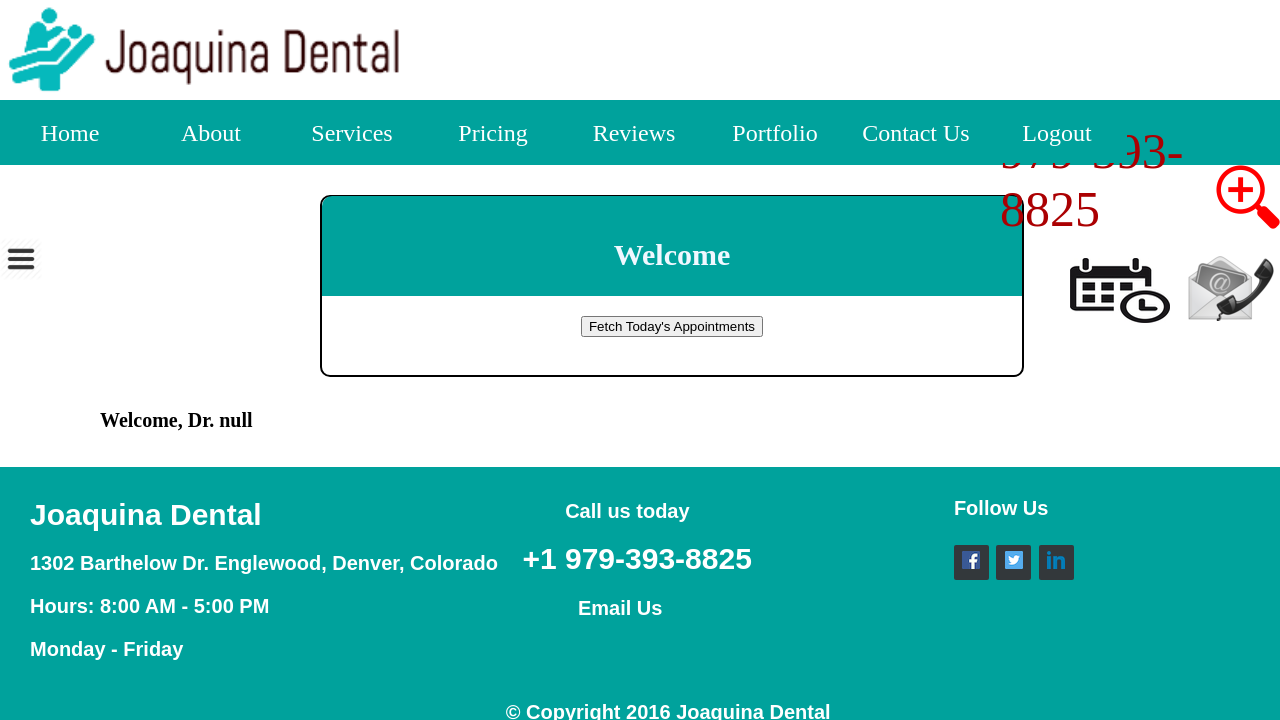
Repository: ManjushaBolishetty/test
Page: http://localhost/test/DentistHomePage.jsp
These files come from the project's save history. The page is drawn as it stood at one moment and after the next save; the edit follows.
The browser window is 1280 px wide. The pictures show the whole page.
The page is served by Tomcat 9. Other server files are loaded and not shown.

Above is the page before, as saved 2016-04-03 17:43:57.

### test/WebContent/DentistHomePage.jsp
<%@include file="header.jsp" %>
<%@ page import="java.io.*,java.util.*" %>
<%@ page import="javax.servlet.*,java.text.*" %>

<!DOCTYPE html>
<html>
<head>
    <meta http-equiv="Content-Type" content="text/html; charset=ISO-8859-1">
	<meta name="viewport" content="width=device-width, initial-scale=1">
<link href="CSS/ResponsiveForm.css" rel="stylesheet" type="text/css" />
<script src="http://code.jquery.com/jquery-latest.js">  </script>
    <title>My Appointments</title>
</head>
<script type="text/javascript">
function fetchAppointment(){
	  $.ajax({
          url : "AppointmentServlet",
          type : "GET",
          data :{},
          dataType : "text",
          success : function(data) {
        	  /*alert('hi');*/
        	  if($('#divAppointmentList').text("")){
        		  $('#divAppointmentList').append(data);
        	  }
          }
});
}

$(document).ready(function(){

	$('a.loginToggle').text("Logout");
	$('#getApt').click(function(){
		fetchAppointment();
	});
});
</script>
<body>
<div id="cover">
<header>
    <h3>Welcome </h3>
</header>

<div class="appointment" align=center>
<form action="AppointmentServlet" method="get">
      <input id="getApt" type="button" value="Fetch Today's Appointments" />
      <div id="divAppointmentList"></div>
 </form>
 </div>
</div>

<div class="Logindate">
 <%
   Date date = new Date();
   out.print("<h4 align=\"left\">" +"Welcome, Dr. " + session.getAttribute("Dentist_Name") + "</h4>\n");
   /*  out.print("<h4 align=\"left\">" + date.toString() + "</h4>");*/
%>
</div>
  <footer class="footer-distributed">
			<div class="footer-left">

				<h3>Joaquina Dental</h3>
				<p>1302 Barthelow Dr.
				Englewood, Denver, Colorado</p>
				<p >Hours: 8:00 AM - 5:00 PM</p>
				<p >Monday - Friday</p>
			</div>

			<div class="footer-center">

				<p class="callusToday">Call us today  </p><br/>
				<br/>
				<h3>+1 979-393-8825</h3><br/>
				<p class="emailUs">Email Us</p>
			</div>

			<div class="footer-right">

				<p>Follow Us</p>

				<div class="footer-icons">

					<a href="#"><i class="fa fa-facebook"></i></a>
					<a href="#"><i class="fa fa-twitter"></i></a>
					<a href="#"><i class="fa fa-linkedin"></i></a>

				</div>

			</div>
<p class="copyright" >&copy; Copyright 2016 Joaquina Dental</p>
		</footer>
</body>
</html>

### test/WebContent/header.jsp
<%@ page language="java" contentType="text/html; charset=UTF-8"
    pageEncoding="UTF-8"%>
<!DOCTYPE html>
<html>
<head>
<meta http-equiv="Content-Type" content="text/html; charset=UTF-8">
<meta name="viewport" content="width=device-width, initial-scale=1">
<link href="CSS/testeverything.css" rel="stylesheet" type="text/css" />
<script src="http://code.jquery.com/jquery-latest.js">  </script>
<script type="text/javascript">

$(document).ready(function(){
	$('a.loginToggle').click(function(){
		if($('a.loginToggle').text()=="Logout"){
			window.location.href = "JD_LoginPage.jsp";
		}
	})
});
</script>

<style>

#zoom img {
    width: 5%;
    position: absolute;
    right: 0;
}
</style>
<title>Insert title here</title>
</head>

<body>
<div id="header">
	<img class="logoimage" src="Images/Drawing (4).png" alt="Joaquina Dental"></img>
	<span class="phonenumber">979-393-8825</span>
	<a href="#" class="scheduleanchor"><img class="Contact" src="Images/Contact_Us.png"></img></a>
	<a href="#" class="scheduleanchor"><img class="Calendar" src="Images/calendar.png"></img></a>
</div>

<div id="navmenu">
	<img class="iconimage" src="Images/collpased_menu.png"></img><label for="show-menu" class="show-menu iconlabel">Menu</label>
	<input type="checkbox" id="show-menu" role="button">

	<ul id="menu">
		  <li><a href="#">Home</a></li>
		  <li><a href="#">About</a></li>
		  <li>
		    	<a href="#">Services</a>
			    <ul class="dropdownContent">
			      <li><a href="#">Extraction</a></li>
			      <li><a href="#">Transplant</a></li>
			      <li><a href="#">Root Canal</a></li>
			      <li><a href="#">Cleaning</a></li>
			    </ul>
	  	   </li>
	  	   <li><a href="#">Pricing</a></li>
	  	   <li><a href="#">Reviews</a></li>
	  	   <li><a href="#">Portfolio</a></li>
	  	   <li><a href="#">Contact Us</a></li>
	  	   <li><a class="loginToggle" href="#">Login</a></li>
	</ul>
</div>
<div id="zoom" style="width:100%;height:0px">
	<a href="#" class=""><img class="zoom" src="Images/zoom.png"></img></a>
</div>
</body>
</html>

### test/WebContent/CSS/testeverything.css
body{
  border: 0;
  padding: 0;
  margin: 0;
  height: 100%;

}

#header{
	width:100%;
	height:100px;
  background-color:white;
}

#header h3{
	display:inline;
	width:auto;
	height:auto;
}
#header img{
	width:auto;
	float:left;
	padding-left:0px;
	height:100%;
}


.Contact{

	max-width:100%;
	height:auto;
	margin-left:10px;
	margin-top:18px;
}


.Calendar{

	max-width:100%;
	height:auto;
	margin-left:10px;
	margin-top:20px;
}

#header a{
	float:right;
	/*margin-right: 40px;*/
}
.logoSchedule{
	width:auto;
	float:left;
}

.logoContact{
	width:auto;
	float:right;
}

#navmenu{
	width:100%;
	height:65px;
	background:#00A29C;
}

ul {
	list-style-type:none;
	margin:0;
	padding:0;
	position: absolute;
}

/*Create a horizontal list with spacing*/
li {
	display:inline-block;
	float: left;
	margin-right: 1px;
}

/*Style for menu links*/
li a {
	display:block;
	min-width:140px;
	padding-top:20px;
	padding-bottom:16px;
	font-size:24px;
	text-align: center;
	font-family: 'Roboto Slab', serif;
	color: white;
	background: #00A29C;
	text-decoration: none;
}

.phonenumber{
    font-size: 50px;
    margin-left: 1000px;
    display: inline-block;
    margin-top: 22px;
    color: #ab0002;
    float:left;
}

/*Hover state for top level links*/
li:hover a {
	background: black;
}

/*Style for dropdown links*/
li:hover ul a {
	background: #e6ffff;
	color: blue;
}

/*Hover state for dropdown links*/
li:hover ul a:hover {
	background: #19c589;
	color: #fff;
}

/*Hide dropdown links until they are needed*/
li ul {
	display: none;
}

/*Make dropdown links vertical*/
li ul li {
	display: block;
	float: none;
}



/*Display the dropdown on hover*/
ul li a:hover + .dropdownContent, .dropdownContent:hover {
	display: block;
}

/*Responsive Styles*/

	.show-menu {
	font-family: "Helvetica Neue", Helvetica, Arial, sans-serif;
	text-decoration: none;
	color: #fff;
	background: #00A29C;
	text-align: center;
	padding: 10px 0;
	display: none;
}

.iconlabel{
	width:100%;
	height:auto;
	padding:1%;
}

.iconimage{
	float:left;
	height:42px;
}


.callusToday{
	padding-left:10%;
}
.emailUs{
	padding-left:13%;
}

/*Hide checkbox*/
input[type=checkbox]{
    display: none;
}

/*Show menu when invisible checkbox is checked*/
input[type=checkbox]:checked ~ #menu{
    display: block;
}

@media screen and (max-width : 832px){
	/*Make dropdown links appear inline*/
	ul {
		position: static;
		display: none;
	}

	/*Create vertical spacing*/
	li {
		margin-bottom: 1px;
	}
	/*Make all menu links full width*/
	ul li, li a {
		width: 100%;
	}
	.show-menu {
		display:block;
	}
	.imageHolder{
		display:none;
	}
	.iconlabel
	{
	padding-top:12px;
	float:left;
	width:auto;
	}
}



#Content{
	width:100%;
	height:600px;
	background:white;
}

.imageHolder{
	width:100%;
	height:400px;
	background-image: url("/BigHornDental/Images/appointment.jpg");
    background-repeat: no-repeat;
    background-size: contain;
    border: 1px solid black;
}


.login{
  width: 40%;
  font-family: lato;
  position: relative;
  color: white;
  border:1px solid blue;
  border-radius: 10px;
  background-color:blue;
  text-align:center;
}

/* .Logoutbutton input{
	float: left;
	padding-right:100px;
	font-size: 20px;
    display: block;
    line-height: 12px;
    text-align: left;
} */

.Logindate h4{
	float: left;
    font-size: 20px;
    display: block;
    line-height: 12px;
    text-align: left;
    padding-left:100px;
}


/*For Footer*/
footer{
padding-left:40px;
position: fixed;
}

.footer-distributed{
	background-color: #00A29c;
	box-shadow: 0 1px 1px 0 rgba(0, 0, 0, 0.12);
	box-sizing: border-box;
	width: 100%;
	height:auto;
	text-align: left;
	font: bold 16px sans-serif;
	padding: 30px 30px;
	margin-top: 80px;
}

.footer-distributed .footer-left,
.footer-distributed .footer-center,
.footer-distributed .footer-right{
	display: inline-block;
	vertical-align: top;
}

/* Footer left */

.footer-distributed .footer-left{
	width: 40%;
}

 p{
	font-size:20px;
	color:white;
}

/* The company logo */

.footer-distributed h3{
	color:  white;
	margin: 0;
}


/* Footer links */

.footer-distributed .footer-links{
	color:  #ffffff;
	margin: 20px 0 12px;
	padding: 0;
}

.footer-distributed .footer-links a{
	display:inline-block;
	line-height: 1.8;
	text-decoration: none;
	color:  inherit;
}

.footer-distributed .footer-company-name{
	color:  #8f9296;
	font-size: 14px;
	font-weight: normal;
	margin: 0;
}

/* Footer Center */

.footer-center p{
	padding-top:3px;
}

.footer-right p{
	margin-top:0px;
}

.footer-distributed .footer-center{
	width: 35%;
}

.footer-distributed .footer-center i{
	background-color:  #33383b;
	color: #ffffff;
	font-size: 25px;
	width: 38px;
	height: 38px;
	border-radius: 50%;
	text-align: center;
	line-height: 42px;
	margin: 10px 15px;
	vertical-align: middle;
}

.footer-distributed .footer-center i.fa-envelope{
	font-size: 17px;
	line-height: 38px;
}

.footer-distributed .footer-center p{
	display: inline-block;
	color: #ffffff;
	vertical-align: middle;
	margin:0;
}

.footer-distributed .footer-center p span{
	display:block;
	font-weight: normal;
	font-size:14px;
	line-height:2;
}

.footer-distributed .footer-center p a{
	color:  white;
	text-decoration: none;;
}


/* Footer Right */

.footer-distributed .footer-right{
	width: 20%;
}

.footer-distributed .footer-company-about span{
	display: block;
	color:  black;
	font-size: 14px;
	font-weight: bold;
	margin-bottom: 20px;
}

.footer-distributed .footer-icons{
	margin-top: 25px;
}

.footer-distributed .footer-icons a{
	display: inline-block;
	width: 35px;
	height: 35px;
	cursor: pointer;
	background-color:  #33383b;
	border-radius: 2px;

	font-size: 20px;
	color: #ffffff;
	text-align: center;
	line-height: 35px;

	margin-right: 3px;
	margin-bottom: 5px;
}

.fa-twitter:before {
    content: url("../Images/twitter.png");
}
.fa-facebook:before {
    content: url("../Images/facebook.png");
}
.fa-linkedin:before {
    content: url("../Images/linkedin.png");
}

.fa-linkedin:before {
    content: url("../Images/linkedin.png");
}

.footer-left span{

}


.copyright{
	padding-left: 39%;
}

/* If you don't want the footer to be responsive, remove these media queries */

@media (max-width: 880px) {

	.footer-distributed{
		font: bold 14px sans-serif;
	}

	.footer-distributed .footer-left,
	.footer-distributed .footer-center,
	.footer-distributed .footer-right{
		display: block;
		width: 100%;
		margin-bottom: 40px;
		text-align: center;
	}

	.footer-distributed .footer-center i{
		margin-left: 0;
	}

}


/*Supports Iphone 5,6 and 6S-Plus*/

@media screen and (max-width : 440px){
	/*Make dropdown links appear inline*/
	#header img{
		width:80%;
	}

	.iconimage{
		height:100%;
		width:10%;
	}
	.iconlabel{
		font-size:30px;
	}
	.show-menu{
		font-size:30px;
	}

	#showOnMobile{
		display:block;
	}

	.Contact{
	width:80px;
	height:auto;
	margin-left:0px;
	margin-top:8px;
	}


.Calendar{

	width:80px;
	height:auto;
	margin-left:0px;
	margin-top:8px;
	}

.phonenumber{
	display:none;
	}

	.callusToday{
	padding-left:0%;
	}
	.emailUs{
		padding-left:0%;
	}

	.copyright{
		text-align:center;
		padding-left:0%;
		width:100%;
	}
}


@media screen and (max-width : 780px){
	.phonenumber{
		margin-left:70px;
	}
	.iconimage{
		height:65px;
	}
	.iconlabel{
		font-size:30px;
	}
	.callusToday{
		padding-left:0%;
		font-size:20px;
	}
	.emailUs{
		padding-left:0%;
	}
	.footer-left p{
		font-size:20px;
	}
	.footer-center p{
		font-size:20px;
	}
	.footer-right p{
		font-size:20px;
	}
	.copyright{
		text-align:center;
		padding-left:0%;
		width:100%;
	}

}

### test/WebContent/CSS/ResponsiveForm.css
* {
/* With these codes padding and border does not increase it's width and gives intuitive style.*/
box-sizing: border-box;
}

body {
	margin:0;
	padding:0;
	font-family: 'Roboto Slab', serif;
	width:100%;
}

#cover{
	width: 55%;
	margin: 30px 30% 10px 25%;
	padding:10px 0;
	border: 2px solid black;
	border-radius:10px;
}
form{
	width:70%;
	margin:4% 15%;
}
header {
    background-color: #00A29C;
    text-align: center;
    padding-top: 1px;
    padding-bottom: 8px;
    margin-top: -11px;
    margin-bottom: -8px;
    border-radius: 10px 10px 0 0;
    color: aliceblue;
    height: 100px;
    font-size: 24px;
}

h3{
	font-size: 30px;
	padding-top:1px;
}
#newuser{
	margin-right:10px;
}

label{
	font-size:24px;
}


/* Makes responsive fields. Sets size and field alignment.*/
input[type=text]{
	margin-bottom: 20px;
	margin-top: 10px;
	width:100%;
	padding: 15px;
	border-radius:5px;
	border:1px solid #7ac9b7;
	font-size:20px;
}
input[type=password]{
	margin-bottom: 20px;
	margin-top: 10px;
	width:100%;
	padding: 15px;
	border-radius:5px;
	border:1px solid #7ac9b7;
	font-size:20px;
}

input[type=radio]{
	margin-bottom: 20px;
	margin-top: 10px;
	padding: 15px;
	border-radius:5px;
	border:1px solid #7ac9b7;
	font-size:20px;
}

select{
	margin-bottom: 20px;
	margin-top: 10px;
	width:100%;
	height:25px;
	padding: 15px;
	border-radius:5px;
	border:1px solid #7ac9b7;
}

.datepicker{
	height:30px;
}

.result{
	color:blue;
}

p.errorLogin{
	color:#ab0002;
	padding-left:23%;
	font-size:24px;
}

input[type=submit]
{
	margin-bottom: 20px;
	width:50%;
	margin-left:25%;
	padding: 15px;
	border-radius:5px;
	border:1px solid #7ac9b7;
	background-color: #2b547e;
	border-color:#2b547e;
	color: aliceblue;
	font-size:24px;
	cursor:pointer;
}
#submit:hover
{
	background-color: blue;
}
textarea{
	width:100%;
	padding: 15px;
	margin-top: 10px;
	border:1px solid #7ac9b7;
	border-radius:5px;
	margin-bottom: 20px;
	resize:none;
}
input[type=text]:focus,textarea:focus {
	border-color: #4697e4;
}

@media screen and (max-width : 768px){
	h2{
		font-size:16px;
	}
	p{
		font-size:14px;
	}
	label{
		font-size:12px;
	}
	input[type=submit]{
		padding:5px;
	}
	input[type=text]{
		padding: 8px;
	}
	div#envelope{
		width: 80%;
		margin: 10px 30% 10px 11%;
	}
}

@media screen and (max-width : 415px){
	#cover{
	width: 95%;
	margin: 30px 30% 30px 2.5%;
	padding:10px 0;
	border: 2px solid black;
	border-radius:10px;
	}
	input[type=submit]{
		padding:4px;
		font-size:20px;
		white-space:normal;
	}
	input[type=text]{
		padding: 8px;
		font-size:20px;
	}

	input[type=password]{
		padding: 8px;
		font-size:20px;
	}
	label{
		font-size:22px;
	}
	h2{
		font-size:22px;
	}
	p{
		font-size:18px;
	}
	div#envelope{
		width: 80%;
		margin: 10px 30% 10px 11%;
	}

}

@media screen and (max-width : 768px){
	#cover{
	width: 90%;
	margin: 30px 30% 30px 5.5%;
	padding:10px 0;
	border: 2px solid black;
	border-radius:10px;
	}
	input[type=submit]{
		padding:4px;
		font-size:20px;
		white-space:normal;
	}
	input[type=text]{
		padding: 8px;
		font-size:20px;
	}

	input[type=password]{
		padding: 8px;
		font-size:20px;
	}
	label{
		font-size:22px;
	}
	h2{
		font-size:22px;
	}
	p{
		font-size:18px;
	}
	div#envelope{
		width: 80%;
		margin: 10px 30% 10px 11%;
	}

}

After the next save:
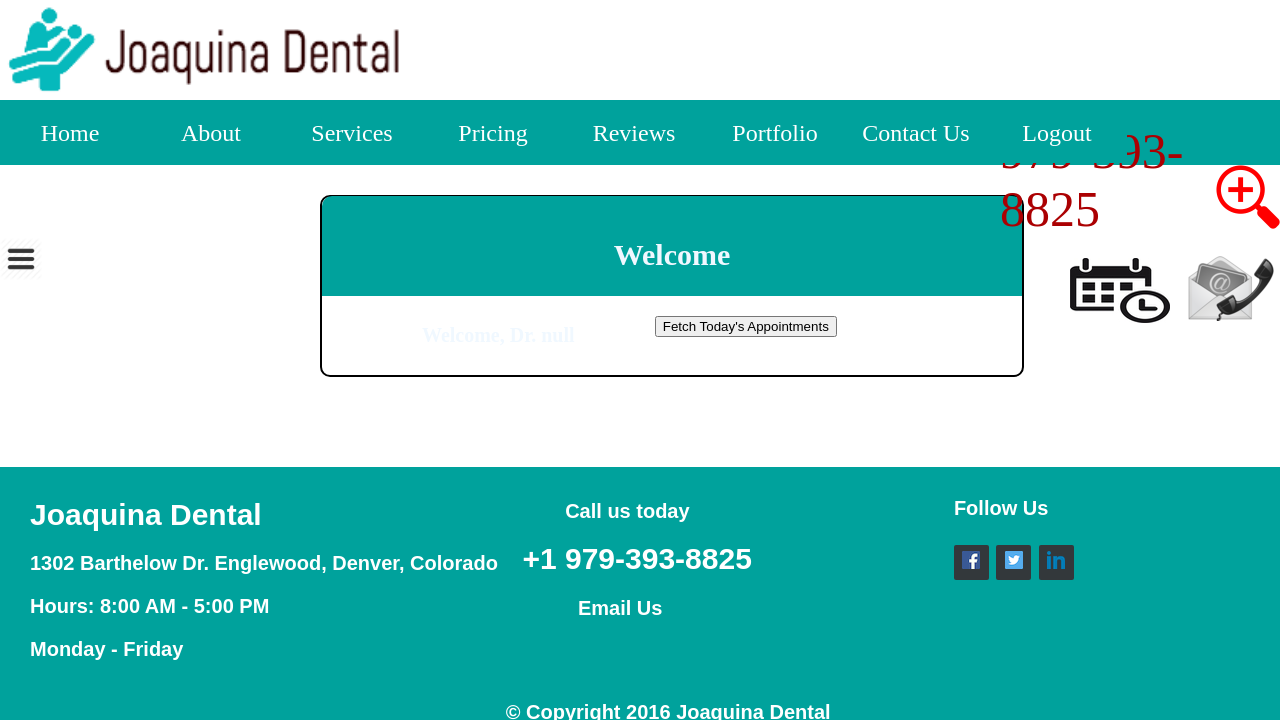
Saved 2 min 15 s later.
--- a/test/WebContent/DentistHomePage.jsp
+++ b/test/WebContent/DentistHomePage.jsp
@@ -39,6 +39,14 @@ $(document).ready(function(){
 <div id="cover">
 <header>
     <h3>Welcome </h3>
+    <div class="Logindate">
+ 	<%
+   Date date = new Date();
+   out.print("<h4 align=\"left\">" +"Welcome, Dr. " + session.getAttribute("Dentist_Name") + "</h4>\n");
+   /*  out.print("<h4 align=\"left\">" + date.toString() + "</h4>");*/
+	%>
+</div>
+
 </header>
 
 <div class="appointment" align=center>
@@ -49,13 +57,6 @@ $(document).ready(function(){
  </div>
 </div>
 
-<div class="Logindate">
- <%
-   Date date = new Date();
-   out.print("<h4 align=\"left\">" +"Welcome, Dr. " + session.getAttribute("Dentist_Name") + "</h4>\n");
-   /*  out.print("<h4 align=\"left\">" + date.toString() + "</h4>");*/
-%>
-</div>
   <footer class="footer-distributed">
 			<div class="footer-left">
 
